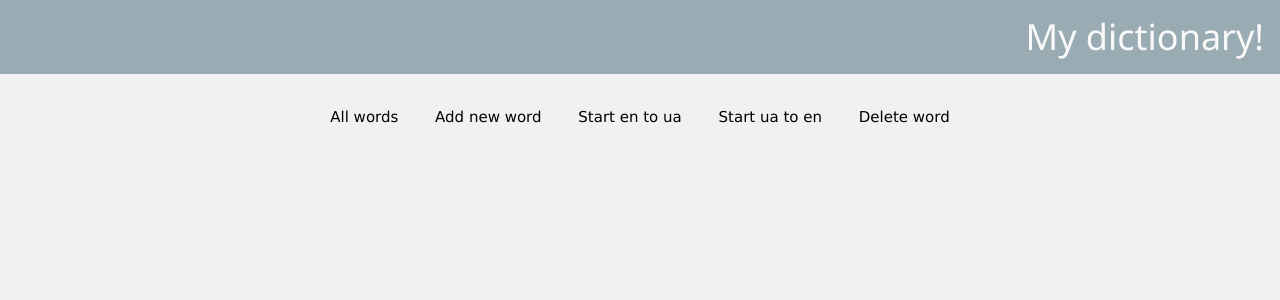
Repository: OleksandrDoskaliukKN313/IIC
Page: WebDictionary/WebContent/index.html
These files come from the project's save history. The page is drawn as it stood at one moment and after the next save; the edit follows.
The browser window is 1280 px wide. The pictures show the whole page.

Above is the page before, as saved 2020-10-12 09:52:35.

After the next save:
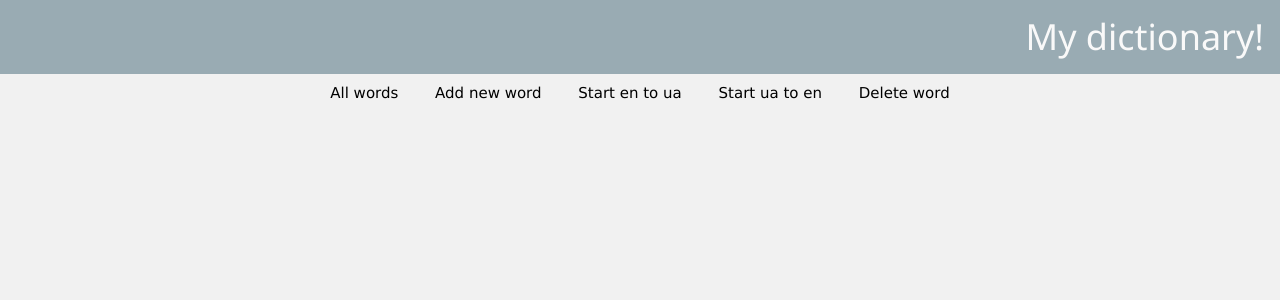
Saved 2 min 1 s later.
--- a/WebDictionary/WebContent/index.html
+++ b/WebDictionary/WebContent/index.html
@@ -10,7 +10,7 @@
         <h1>My dictionary!</h1>
     </div>
     <div class="w3-container w3-center">       <!-- content -->
-        <div class="w3-bar w3-padding-large w3-padding-24">    <!-- buttons holder -->
+        <div class="w3-auto">    <!-- buttons holder -->
             <button class="w3-btn w3-hover-green w3-round-large" onclick="location.href='allWords'">All words</button>
             <button class="w3-btn w3-hover-green w3-round-large" onclick="location.href='addWord'">Add new word</button>
             <button class="w3-btn w3-hover-green w3-round-large" onclick="location.href='en_ua'">Start en to ua</button>
